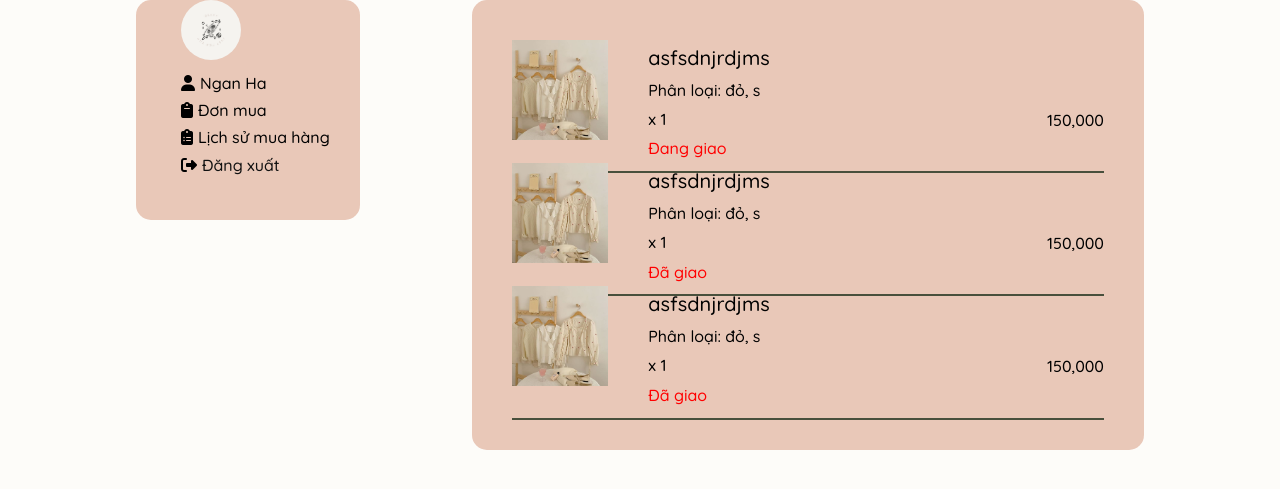
Repository: nganha241/store
Page: profile.html
These files come from the project's save history. The page is drawn as it stood at one moment and after the next save; the edit follows.
The browser window is 1280 px wide. The pictures show the whole page.
Some web libraries are served in a nearby version.

Above is the page before, as saved 2022-04-22 20:03:14.

### profile.html
<!DOCTYPE html>
<html lang="en">
  <head>
    <meta charset="UTF-8" />
    <meta http-equiv="X-UA-Compatible" content="IE=edge" />
    <meta name="viewport" content="width=device-width, initial-scale=1.0" />
    <title>Document</title>
    <link rel="stylesheet" href="style.css" />
  </head>

  <body>
    <div class="container">
      <div class="profile">
        <div class="active">
          <div class="list">
            <div class="avatar"><img src="./img/logo.png" alt="" /></div>
            <div class="name">
              <i class="fa fa-user" aria-hidden="true"></i>Ngan Ha
            </div>

            <div class="order"><i class="fas fa-clipboard"></i>Đơn mua</div>

            <div><i class="fas fa-clipboard-list"></i>Lịch sử mua hàng</div>

            <div>
              <i class="fas fa-sign-out-alt"></i><a href="#">Đăng xuất</a>
            </div>
          </div>
        </div>

        <div class="my-profile">
          <div class="list-detail">
            <!-- <div class="name">
              <form>
                <div>
                  <label>Tên đăng nhập</label>
                  <input type="text" value="Ngân Hà" disabled />
                </div>
                <div>
                  <label>Gmail</label>
                  <input type="text" value="nganha@gmail.com" />
                </div>
                <div>
                  <label>SĐT</label>
                  <input type="text" value="012345678" />
                </div>
                <div>
                  <label>Địa chỉ</label>
                  <input type="text" value="123 abc, xyz" />
                </div>
                <button>Lưu</button>
              </form>
            </div> -->
            <div class="order">
              <div class="order-box">
                <div class="img">
                  <img src="./img/products/p1.jpg" alt="" />
                </div>
                <div class="div">
                  <div class="pro-name">asfsdnjrdjms</div>
                  <div class="type">Phân loại: đỏ, s</div>
                  <div class="quantity">x 1</div>
                  <div class="total">150,000</div>
                  <div class="status">Đang giao</div>
                </div>
              </div>
              <div class="order-box">
                <div class="img">
                  <img src="./img/products/p1.jpg" alt="" />
                </div>
                <div class="div">
                  <div class="pro-name">asfsdnjrdjms</div>
                  <div class="type">Phân loại: đỏ, s</div>
                  <div class="quantity">x 1</div>
                  <div class="total">150,000</div>
                  <div class="status">Đã giao</div>
                </div>
              </div>
              <div class="order-box">
                <div class="img">
                  <img src="./img/products/p1.jpg" alt="" />
                </div>
                <div class="div">
                  <div class="pro-name">asfsdnjrdjms</div>
                  <div class="type">Phân loại: đỏ, s</div>
                  <div class="quantity">x 1</div>
                  <div class="total">150,000</div>
                  <div class="status">Đã giao</div>
                </div>
              </div>
            </div>
          </div>
        </div>
      </div>
    </div>
    <script
      src="https://kit.fontawesome.com/ae971d7ee0.js"
      crossorigin="anonymous"
    ></script>
  </body>
</html>

### style.css
@import url('https://fonts.googleapis.com/css2?family=Quicksand:wght@300;400;500;600;700&family=Space+Grotesk:wght@300;400&display=swap');

* {
    font-family: 'Quicksand', sans-serif;
    box-sizing: border-box;
}

body {
    background: #fdfcf9;
    position: relative;
    height: auto;
    padding: 0;
    margin: 0;
}

a {
    text-decoration: none;
}

li {
    list-style: none;
}

.header {
    padding: 40px 80px;
}

.header .tools {
    display: flex;
    justify-content: flex-end;
    gap: 15px;
    height: 50px;
}

.header .tools .notification,
.header .tools .account,
.header .tools .cart {
    cursor: pointer;
}

.header .tools .fa-solid {
    font-size: 22px;
    color: #ae582d;
}

.header .tools .cart {
    position: relative;
}

.header .tools .cart .cart-info {
    position: absolute;
    background: #af7355;
    right: -20px;
    top: 30px;
    z-index: 1;
    padding: 20px;
    color: #fff;
    display: none;
    border-radius: 15px;
    animation: dropdown 0.4s ease;
}

.header .tools .cart:hover .cart-info {
    display: block;
}

.header .tools .cart .cart-info .cart-card {
    width: 400px;
    height: 50px;
    margin-top: 10px;
    display: flex;
    justify-content: space-between;
    transition: 0.4s;
}

.header .tools .cart .cart-info .cart-card:hover {
    background:rgba(255, 255, 255, 0.4);
    transition: 0.4s;
}

.header .tools .cart .cart-info .cart-card .cart-card-img img {
    width: 100%;
    height: 100%;
    object-fit: cover;
}

.header .tools .cart .cart-info .cart-card .cart-pro-name {
    text-overflow: ellipsis;
    white-space: nowrap;
    overflow: hidden;
   width: 250px;
}

.header .tools .cart .cart-info .cart-card-footer {
    display: flex;
    justify-content: space-between;
    margin-top: 10px;
}

.header .tools .cart .cart-info .cart-card-footer>p {
    cursor: auto;
}

.header .tools .cart .cart-info .cart-card-footer>button {
    margin-top: 5px;
    height: 35px;
    border-radius: 5px;
    border: 0;
    font-size: 16px;
    font-weight: 500;
    cursor: pointer;
    transition: 0.4s;
}

.header .tools .cart .cart-info .cart-card-footer>button:hover {
    background: rgba(255, 255, 255, 0.7);
}

.header .tools .account span .fa-solid{
    font-size: 18px;
    color: #111;
    margin-left: 10px;
    margin-right: 15px;
}

.header .tools .account:hover .fa-solid{
    color: #ae582d;
}

.header .tools .account {
    position: relative;
}

.header .tools .account span {
    font-weight: 600;
}

.header .tools .account .acc-info {
    width: 180px;
    position: absolute;
    height: auto;
    background: #af7355;
    text-align: left;
    top: 15px;
    left: -30px;
    display: none;
    animation: dropdown 0.4s ease;
    z-index: 1;
    border-radius: 15px;
}

.header .tools .account:hover .acc-info{
    display: block;
}

.header .tools .account .acc-info li {
    padding: 10px 0;
    color: #fff;
    margin-left: -13px;
    transition: .4s;
}

.header .tools .account .acc-info li:hover {
    transform: scale(1.1);
}

.header hr {
    background: #48503c;
    margin-top: -20px;
}

.header nav {
    display: flex;
    width: 100%;
}

.header nav .logo {
    width: 50%;
    padding-top: 20px;
}

.header nav .logo a{
    font-family: 'Space Grotesk', sans-serif;
    font-size: 30px;
    color: #48503c;
    font-weight: 100;

}

.header nav .logo a:hover {
    color: #111;
}

.header nav .menu {
    display: flex;
    gap: 15px;
    padding-top: 7px;
    justify-content: flex-end;
    width: 50%;
}

.header nav .menu>li {
    float: left;
    font-size: 18px;
    position: relative;
    height: 50px;
}

.header nav .menu>li::before {
    content: "";
    position: absolute;
    width: 90%;
    height: 3px;
    top: 30px;
    right: -3px;
    background-color: #551e02;
    opacity: 0;
    transition: 0.6s;
}

.header nav .menu>li:hover::before{
    opacity: 1;
    transition: 0.6s;
}

.header nav .menu>li>a {
    color: #48503c;
    display: block;
    padding: 6px 0px 0px 15px;
}

.header nav .menu>li:hover>a {
    color: #111;
}

.header nav .menu>li .menu-child {
    margin-top: 10px;
    margin-left: -50px;
    width: 180px;
    padding-top: 10px;
    padding-bottom: 15px;
    background: #af7355;
    border-radius: 15px;
    text-align: left;
    position: absolute;
    display: none;
    animation: dropdown .3s ease;
    z-index: 1;
}

.header nav .menu>li:hover .menu-child{
    display: block;
}

.header nav .menu>li .menu-child>li {
    margin-top: 10px;
}

.header nav .menu>li .menu-child>li>a {
    transition: 0.4s;
    color: #fff;
}

.header nav .menu>li .menu-child>li:hover>a{
    display: inline;
    text-decoration: underline;
    transition: 0.4s;
}

@keyframes dropdown {
    0% {
        opacity: 0;
        transform: translateY(18px);
    }
    100% {
        opacity: 1;
        transform: none;
    }
}

.header .banner {
    width: 100%;
    height: 600px;
    display: flex;
    align-items: center;
    margin-top: 30px;
    position: relative;
}

.header .banner .slogan {
    width: 50%;
    padding-left: 60px;
    padding-right: 20px;
}

.header .banner .slogan h4 {
    color: #ae582d;
    font-family: 'Space Grotesk', sans-serif;
    font-size: 60px;
    font-weight: 200;
}

.header .banner .slogan p {
    font-size: 20px;
    color: #515a54;
    margin-top: -50px;
}

.header .banner .img-banner{
    width: 50%;
    height: 100%;
}

.header .banner .img-banner img {
    width: 100%;
    height: 100%;
    object-fit: cover;
    border-top-left-radius: 100px;
    border-bottom-right-radius: 100px;
    transition: all 0.5s ease;
}

.section {
    height: auto;
    margin-top: 100px;
    padding: 0 80px;
}

.section .into-title {
    margin-top: 100px;
    text-align: center;
}

.section .into-title h1 {
    font-family: 'Space Grotesk', sans-serif;
    font-size: 50px;
}

.section .intro {
    display: flex;
    flex-wrap: wrap;
    justify-content: space-between;
    margin-bottom: 100px;
    margin-top: 80px;
    gap: 10px;
}

.section .intro .intro-card .intro-img {
    width: 200px;
    height: 200px;
}

.section .intro .intro-card .intro-img img {
    width: 100%;
    height: 100%;
    border-radius: 50%;
}

.section .title{
    height: auto;
    width: 200px;
    background: #f4e9c7;
    text-align: center;
    margin-bottom: -15px;
}

.section .title h2 a{
    font-size: 30px;
    color: #48503c;
    font-weight: 200;
}

.products {
    display: flex;
    flex-wrap: wrap;
    justify-content: space-between;
    row-gap: 30px;
    padding: 30px 10px;
    background: rgb(244, 239, 239);
}

.products .card {
    width: 250px;
    height: 400px;
    background: #fdfcf9;
    cursor: pointer;
    transition: 0.4s;
    position: relative;
}

.products .card:hover {
    transform: scale(1.1 , 1.1);
    background: rgba(255, 255, 255, 0.4);
}

.products .card .pro-img {
    height: 330px;
}

.products .card .pro-img img{
    width: 100%;
    height: 100%;
    object-fit: cover;
}

.products .card .pro-sale-tag {
    position: absolute;
    top: -10px;
    left: -5px;
    background: #ae582d;
    width: 70px;
    height: 35px;
    font-size: 25px;
    color: #fff;
    font-weight: 500;
}

.products .card .pro-sale-tag::before{
    content: "";
    width: 5px;
    height: 6px;
    background-color: #551e02;
    position: absolute;
    left: 0px;
    top: 34.5px;
    clip-path: polygon(0 0, 100% 0, 100% 100%);
}

.products .card .pro-new-tag {
    position: absolute;
    top: 0;
    right: 5px;
    background: #af7355;
    width: 50px;
    height: 40px;
    font-size: 20px;
    color: #fff;
    font-weight: 500;
    clip-path: polygon(0 75%, 0 0, 100% 0, 100% 75%, 50% 100%);
}

.products .card .pro-name {
    font-size: 18px;
    text-overflow: ellipsis;
    white-space: nowrap;
    overflow: hidden;
}

 .products .card .pro-price {
    font-size: 15px;
}

 .products .card .add-cart {
    margin-top: -220px;
}

.products .card .add-cart button{
    opacity: 0;
    height: 40px;
    background: #af7355;
    border: 0;
    cursor: pointer;
    transition: 0.4s;
    color: #fff;
    margin-left: 85px;
}

.products .card:hover .add-cart button {
    transition: 0.4s;
    opacity: 1;
}

.products .card .add-cart button:hover {
    transform: scale(1.1);
    background: #ae582d;
}

.about-us {
    margin-top: 100px;
}

.about-img {
    height: 400px;
}

.about-img img{
    width: 100%;
    height: 100%;
    object-fit: cover;
}

.about-us .about-text {
    padding: 40px 140px;
    text-align: center;
    color: #515a54;
}

.about-us .about-text h5 {
    font-size: 20px;
    font-weight: 500;
}

.about-us .about-text p {
    line-height: 1.6;
    font-size: 15px;
}

.section .featured {
    height: auto;
    margin-top: 100px;
    position: relative;
}

.section .featured .list-slider {
    background: rgb(244, 239, 239);
}

.section .featured .list-slider .slide {
    display: none;
}

.section .featured .list-slider .slide.show {
    display: block;
    transition: 0.4s;
}

.section .featured .list-slider .slide .fade {
    height: 400px;
    display: flex;
    /* gap: 30px; */
    justify-content: space-between;

}

.section .featured .list-slider .slide .fade .featured-img {
    width: 60%;
}

.section .featured .list-slider .slide .fade .featured-img img{
    height: 100%;
    width: 100%;
    object-fit: cover;
    transition: 0.5s;
}

.section .featured .list-slider .slide:hover .fade .featured-img img{
    transform: translate(0, -42px);
}

.section .featured .list-slider .slide .fade .featured-more {
    text-align: center;
    padding-top: 150px;
    line-height: 1.8;
}

.section .featured .list-slider .slide .fade .featured-more .featured-name {
    font-size: 25px;
    text-overflow: ellipsis;
    white-space: nowrap;
    overflow: hidden;
    width:250px;
    transition: 0.4s;
}

.section .featured .list-slider .slide .fade .featured-more .featured-price {
    font-size: 18px;

}

.section .featured .list-slider .slide .fade .featured-more .featured-sold {
    font-size: 18px;
}

.section .featured .list-slider .slide .fade .featured-more .featured-sold span {
    margin-left: 10px;
}

.section .featured .list-slider .slide .fade .featured-choose {
    height: 400px;
    width: 60px;
    background: #ae582d;
    opacity: 0;
    transition: 0.4s;
    writing-mode: vertical-rl;
    text-orientation: mixed;
    text-align: center;
    font-size: 30px;
    color: #fff;
    cursor: pointer;
    padding-right: 10px;
}

.section .featured .list-slider .slide .fade:hover .featured-choose {
    opacity: 1;
    transition: 0.6s;
}

.section .featured .list-slider .slide .fade .featured-choose .fas {
    transition: 0.6s;
}

.section .featured .list-slider .slide .fade .featured-choose:hover .fas {
    margin-top: 20px;
    transform: scale(1.5 , 1.5);
    transition: 0.4s;
}

.section .featured .featured-button {
    position: absolute;
    top: 50%;
    font-size: 60px;
    color: #515a54;
    cursor: pointer;
    transition: 0.4s;
}

.section .featured .featured-button.pre {
    left: -40px;
    transition: 0.4s;
}

.section .featured .featured-button.next {
    right: -40px;
    transition: 0.4s;
}

.section .featured .featured-button.pre:hover,
.section .featured .featured-button.next:hover {
    color: #ae582d;
    transform: scale(1.2);

}

.section .sale {
    margin-top: 100px;
}

.section .sale-banner {
    display: flex;
    justify-content: space-between;
    height: 350px;
    gap: 10px;
}

.section .sale .sale-banner .sale-img {
    width: 50%;
}

.section .sale .sale-banner .sale-img img{
    width: 100%;
    height: 100%;
    object-fit: cover;
}

.detail .related-products,
.section .sale .sale-products {
    position: relative;
    transition: 0.4s;
}

.detail .related-products .related-control,
.section .sale .sale-products .sale-control {
    position: absolute;
    top: 50%;
    transform: translateY(-20px);
    font-size: 40px;
    color: #ae582d;
    cursor: pointer;
}


.detail .related-products .related-control.related-pre,
.section .sale .sale-products .sale-control.sale-pre {
    left: 16px;
    z-index: 1;
}


.detail .related-products .related-control.related-next,
.section .sale .sale-products .sale-control.sale-next {
    right: 10px;
}


.detail .related-products .related-card,
.section .sale .sale-products .sale-card{
    display: flex;
    justify-content: space-between;
    align-items: center;
    gap: 10px;
    height: 400px;
    overflow: hidden;
    padding-left: 10px;
}

.detail .related-products .related-card .related-box,
.section .sale .sale-products .sale-card .sale-box{
    width: 210px;
    height: 280px;
    position: relative;
    transition: 0.4s;
    cursor: pointer;
}

.detail .related-products .related-card .related-box .tag-sale,
.section .sale .sale-products .sale-card .sale-box .tag-sale {
    background: #ae582d;
    position: absolute;
    top: -10px;
    width: 60px;
    height: 30px;
    left: -5px;
    text-align: center;
}

.detail .related-products .related-card .related-box .tag-sale p,
.section .sale .sale-products .sale-card .sale-box .tag-sale p {
    display: inline;
    font-size: 20px;
    color: #fff;
    font-weight: 600;
}

.detail .related-products .related-card .related-box .tag-sale::before,
.section .sale .sale-products .sale-card .sale-box .tag-sale::before {
    content: '';
    background-color: #551e02;
    display: inline-block;
    width: 5px;
    height: 5px;
    position: absolute;
    bottom: -5px;
    right: 55px;
    clip-path: polygon(0 0, 100% 0, 100% 100%);
}

.detail .related-products .related-card .related-box img,
.section .sale .sale-products .sale-card .sale-box img {
    width: 100%;
    height: 100%;
    object-fit: cover;
}

.detail .related-products .related-card .related-box:hover,
.section .sale .sale-products .sale-card .sale-box:hover {
    transform: scale(0.9);
    color: #111;
}

.detail .related-products .related-card .related-box .related-name,
.section .sale .sale-products .sale-card .sale-box .sale-name {
    text-overflow: ellipsis;
    white-space: nowrap;
    overflow: hidden;
}

.detail .related-products .related-card .related-box .related-name a,
.section .sale .sale-products .sale-card .sale-box .sale-name a{
    color: #48503c;
    font-weight: 500;
}

.detail .related-products .related-card .related-box .related-price,
.section .sale .sale-products .sale-card .sale-box .sale-price {
    font-size: 14px;
    color: #48503c;
}

.footer {
    width: auto;
    font-weight: 500;
    background: rgb(244, 239, 239);
    margin-top: 100px;
    display: flex;
    justify-content: space-around;
    align-items: center;
}

.footer .infomation>ul>li {
    margin-bottom: 10px;
}

.footer .infomation>ul>li>span {
    margin-left: 10px;
}

.footer .menu-footer>ul>li {
    margin-bottom: 5px;
    transition: 0.4s;
}

.footer .menu-footer>ul>li>a {
    color: #111;
}

.footer .menu-footer>ul>li:hover {
    transform: scale(1.1);
    transition: 0.4s;
}

.footer .coppyright {
    padding-top: -200px;
}

.footer .support>input{
    border: 2px solid #551e02;
    height: 30px;
}

.footer .support>button {
    border: 0;
    background: #ae582d;
    height: 30px;
    color: #fff;
    cursor: pointer;
    transition: .4s;
}

.footer .support>button:hover {
    transform: scale(1.1);
}


/* SHOP */
.container {
    padding: 0 80px;
}
.container .search {
    text-align: center;
    height: 40px;
    font-size: 18px;
    margin-top: -30px;
}

.container .search>input {
    width: 800px;
    height: 100%;
    border: 2px solid #551e02;
    padding: 0 10px;
}

.container .search>input:focus {
    outline: none;
}

.container .search>button {
    height: 100%;
    width: 60px;
    margin-left: -6px;
    background: #551e02;
    border: 0;
}

.container .search>button .fa {
    color: #fff;
}

.container .shop-content {
    margin-top: 50px;
    display: flex;
    width: 100%;
}

.container .shop-content .filter {
    width: 65%;
}

.container .shop-content .filter h5{
    font-size: 17px;
}

.container .shop-content .filter ul {
    margin-left: -30px;
    margin-top: -10px;
}

.container .shop-content .filter ul li {
    margin-top: 10px;
}

.container .shop-content .shop-products .products {
    background: #fdfcf9;
}

.container .shop-content .shop-products .products .card {
    height: 280px;
    width: 200px;
    background: rgb(243, 241, 241);
}

.container .shop-content .shop-products .products .card .pro-img {
    height: 230px;
}

.container .detail .detail-product {
    display: flex;
}

.container .detail .detail-product .detail-img {
    width: 400px;
}

.container .detail .detail-product .detail-img .img-main{
    height: 500px;
    position: relative;
}

.container .detail .detail-product .detail-img .img-main img {
    width: 100%;
    height: 100%;
    object-fit: cover;
}

.container .detail .detail-product .detail-img .img-child {
    margin-top: 10px;
    height: 80px;
    display: flex;
    gap: 10px;
    cursor: pointer;
    overflow: hidden;
}

.container .detail .detail-product .detail-img .img-child  img {
    width: calc(400px / 5);
    height: 100%;
    object-fit: cover;
}

.container .detail .detail-product .detail-img .detail-img-slide {
    position: relative;
}

.container .detail .detail-product .detail-img .detail-img-slide .detail-control {
    position: absolute;
    top: 40%;
    font-size: 20px;
    color: #ae582d;
    transition: 0.2s;
}

.container .detail .detail-product .detail-img .detail-img-slide .detail-control:hover {
    transform: scale(1.1);
}

.container .detail .detail-product .detail-img .detail-img-slide .detail-control.detail-next {
    right: 0;
}

.container .detail .detail-product .detail-info {
    margin-left: 50px;
    font-weight: 500;
}

.container .detail .detail-product .detail-info>ul>li {
    margin-bottom: 20px;
}

 .detail .detail-product .detail-info .detail-name {
    font-size: 40px;
}


.detail .detail-info .detail-price {
    font-size: 45px;
    color: #551e02;
}

.detail .detail-info .detail-color button,
.detail .detail-info .detail-size button{
    height: 30px;
    background: none;
    border: 1px solid #ccc;
    cursor: pointer;
    line-height: 1.4;
}

.detail .detail-info .detail-color button.active,
.detail .detail-info .detail-size button.active {
    border:  1px solid #ae582d;
    background: #f4e9c7;
}

.detail .detail-info .detail-color button:hover,
.detail .detail-info .detail-size button:hover {
    border: 1px solid #ae582d;
}

.detail .detail-info .detail-color button:nth-child(1),
.detail .detail-info .detail-size button:nth-child(1) {
    margin-left: 20px;
}

 .detail .detail-product .detail-info .detail-quantity {
    display: flex;
    align-items: center;
}

.detail .detail-product .detail-info .detail-quantity .quantity-pre {
    margin-left: 20px;
}

 .detail .detail-product .detail-info .detail-quantity .quantity-pre,
.detail .detail-product .detail-info .detail-quantity .quantity,
 .detail .detail-product .detail-info .detail-quantity .quantity-next {
    width: 30px;
    height: 30px;
    border: 1px solid #ccc;
    text-align: center;
    cursor: pointer;
}

 .detail .detail-product .detail-info .detail-quantity .quantity {
    width: 50px;
    cursor: default;
}

.detail .detail-product .detail-info .ship .fas,
.detail .detail-product .detail-info .return .fas {
    color: #551e02;
    margin-right: 5px;
}

.detail .detail-product .detail-info .detail-choose button{
    height: 40px;
    font-size: 18px;
    cursor: pointer;
}

.detail .detail-product .detail-info .detail-choose .detail-add {
    border: 1px solid #ae582d;
    background: #f4e9c7;
    color: #ae582d;
}

.detail .detail-product .detail-info .detail-choose .detail-add:hover {
    background: rgba(244, 218, 207, 0.8);
}

.detail .detail-product .detail-info .detail-choose .buy {
    background: rgba(161, 58, 7, 0.9);
    border: none;
    margin-left: 10px;
    color: #fff;
}

.detail .detail-product .detail-info .detail-choose .buy:hover {
    background: #ae582d;
}

.detail .detail-description {
    margin-top: 100px;
    margin-bottom: 50px;
    line-height: 1.8;
}

.detail h2 {
    margin-bottom: -30px;
}

.detail .pro-new-tag{
    position: absolute;
    top: 0;
    right: 5px;
    background: #af7355;
    width: 50px;
    height: 40px;
    font-size: 20px;
    color: #fff;
    font-weight: 500;
    clip-path: polygon(0 75%, 0 0, 100% 0, 100% 75%, 50% 100%);
}

.container .profile {
    display: flex;
    justify-content: space-around;
    font-weight: 500;
}

.container .profile .active ul {
    line-height: 1.8;
}

.container .profile .active {
    width: 20%;
    background: rgba(231, 195, 178, 0.9);
    border-radius: 15px;
    cursor: pointer;
    height: 220px;
}

.container .profile .active .list {
    margin-left: 45px;
    line-height: 1.7;
}

.container .profile .active .list i {
    margin-right: 5px;
}
.container .profile .active ul>li>i {
    margin-right: 10px;
}

.container .profile .active a {
    color: #111;
}

.container .profile .active li:hover {
    color: #551e02;
}

.container .profile .active  .avatar {
    width: 60px;
    height: 60px;
    cursor: default;
    margin-bottom: 10px;
}

.container .profile .active  .avatar img {
    width: 100%;
    height: 100%;
    border-radius: 50%;
    object-fit: cover;
}

.container .profile .my-profile {
    width: 60%;
    /* height: 400px; */
    background: rgba(231, 195, 178, 0.9);
    border-radius: 15px;
    position: relative;
}

.container .profile .my-profile .list-detail {
    padding: 40px;
}

.container .profile .my-profile .list-detail .name  form{
    line-height: 3.5;
}

.container .profile .my-profile .list-detail .name label{
    display: inline-block;
    width: 140px;
    text-align: right;
    margin-right: 20px;
}

.container .profile .my-profile .list-detail .name input {
    width: 350px;
    height: 40px;
    border: 2px solid #551e02;
    font-size: 17px;
    padding: 0 10px;
}

.container .profile .my-profile .list-detail .name input:focus{
    outline: none;
}

.container .profile .my-profile .list-detail .name  form button {
    margin-left: 90px;
    height: 35px;
    width: 50px;
    font-size: 17px;
    background:  #551e02;
    border: none;
    color: #fff;
    cursor: pointer;
}

.container .profile .my-profile .list-detail .order .order-box{
    display: flex;
    gap: 25px 40px;
    position: relative;
}

.container .profile .my-profile .list-detail .order .order-box .img {
    width: 100px;
    height: 100px;
}

.container .profile .my-profile .list-detail .order .order-box img {
    width: 100%;
    height: 100%;
    object-fit: cover;
}

.container .profile .my-profile .list-detail .order .order-box .div {
    line-height: 1.8;
    width: 80%;
}

.container .profile .my-profile .list-detail .order .order-box .div::after {
    content: "";
    width: 100%;
    height: 2px;
    background: #48503c;
    position: absolute;
    bottom: -10px;
    /* margin-top: 20px; */
    left: 0;
}

.container .profile .my-profile .list-detail .order .order-box .pro-name {
    font-size: 20px;
}

.container .profile .my-profile .list-detail .order .order-box .total {
    text-align: right;
    margin-top: -28px;
}

.container .profile .my-profile .list-detail .order .order-box .status {
    color: red;
}

After the next save:
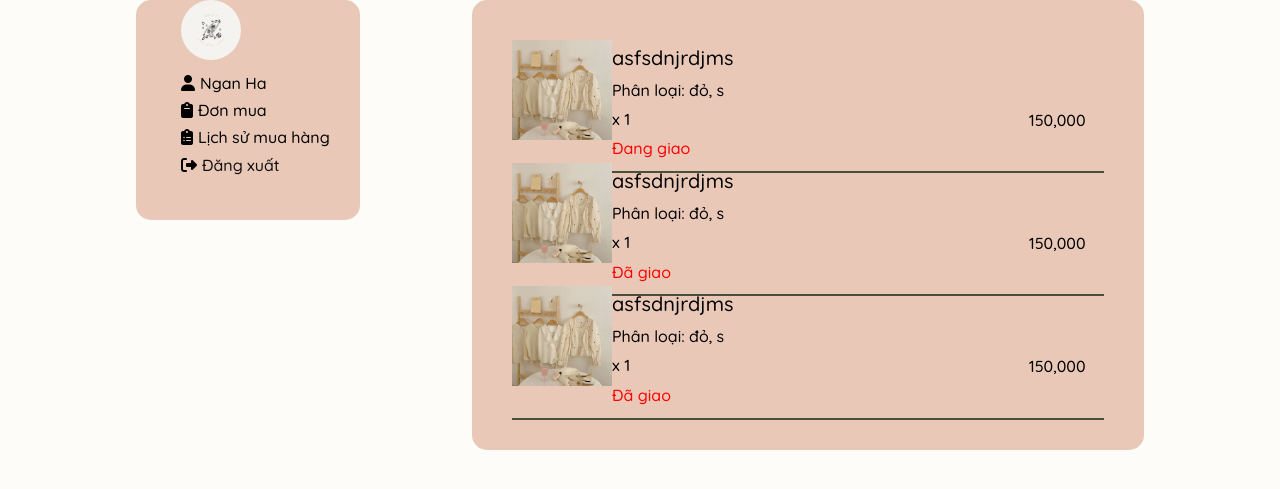
Saved 33 s later.
--- a/style.css
+++ b/style.css
@@ -1170,7 +1170,7 @@ li {
 
 .container .profile .my-profile .list-detail .order .order-box{
     display: flex;
-    gap: 25px 40px;
+    /* gap: 25px 40px; */
     position: relative;
 }
 
